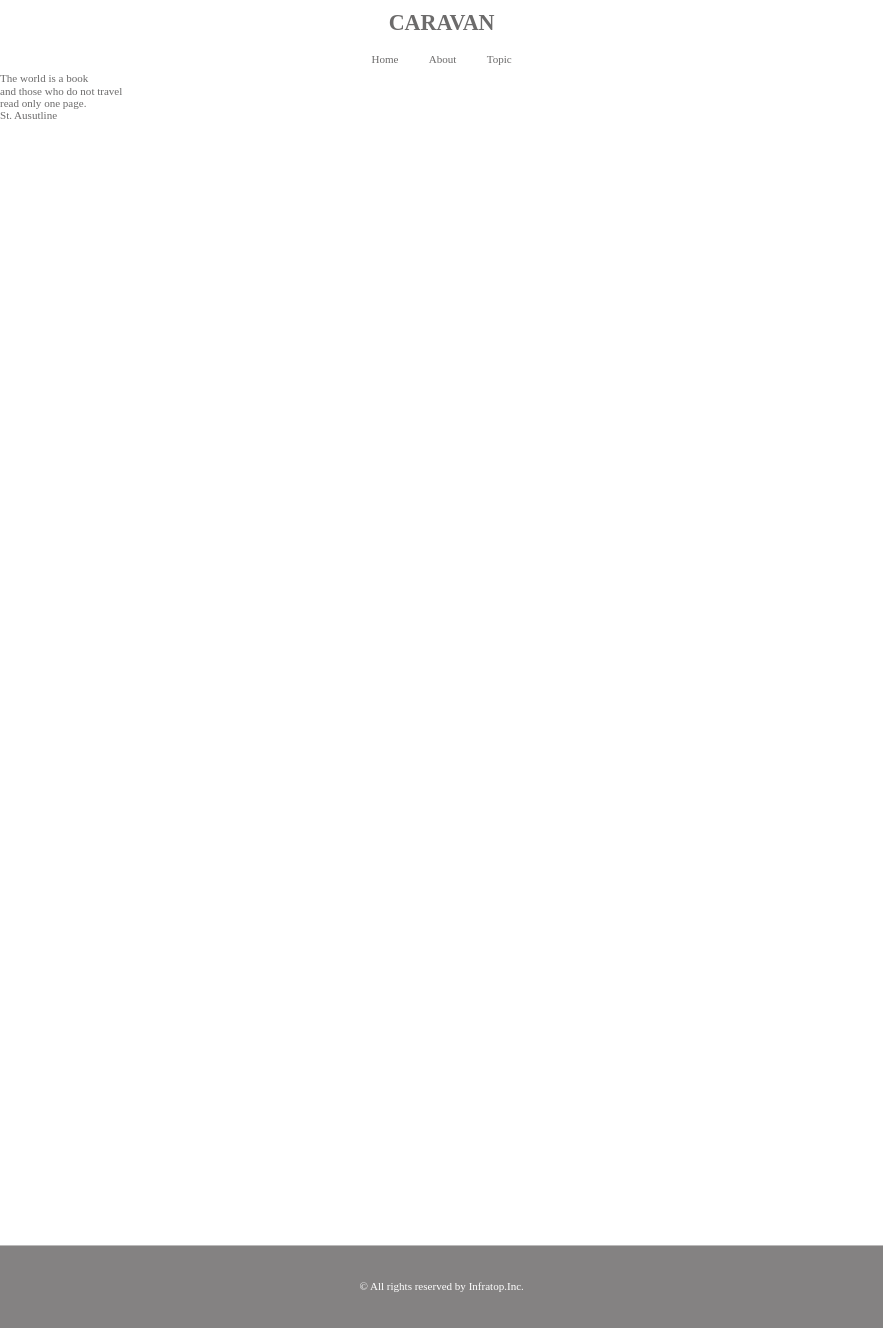
Repository: 44641/chapter9_exercise
Page: caravan/index.html
The author's editor kept a record of every edit. The page is drawn from the files as they stood at one moment, then again after the next edit.
The browser window is 1280 px wide. The pictures show the whole page, at 69% of full size.

Above is the page before.

After the next edit:
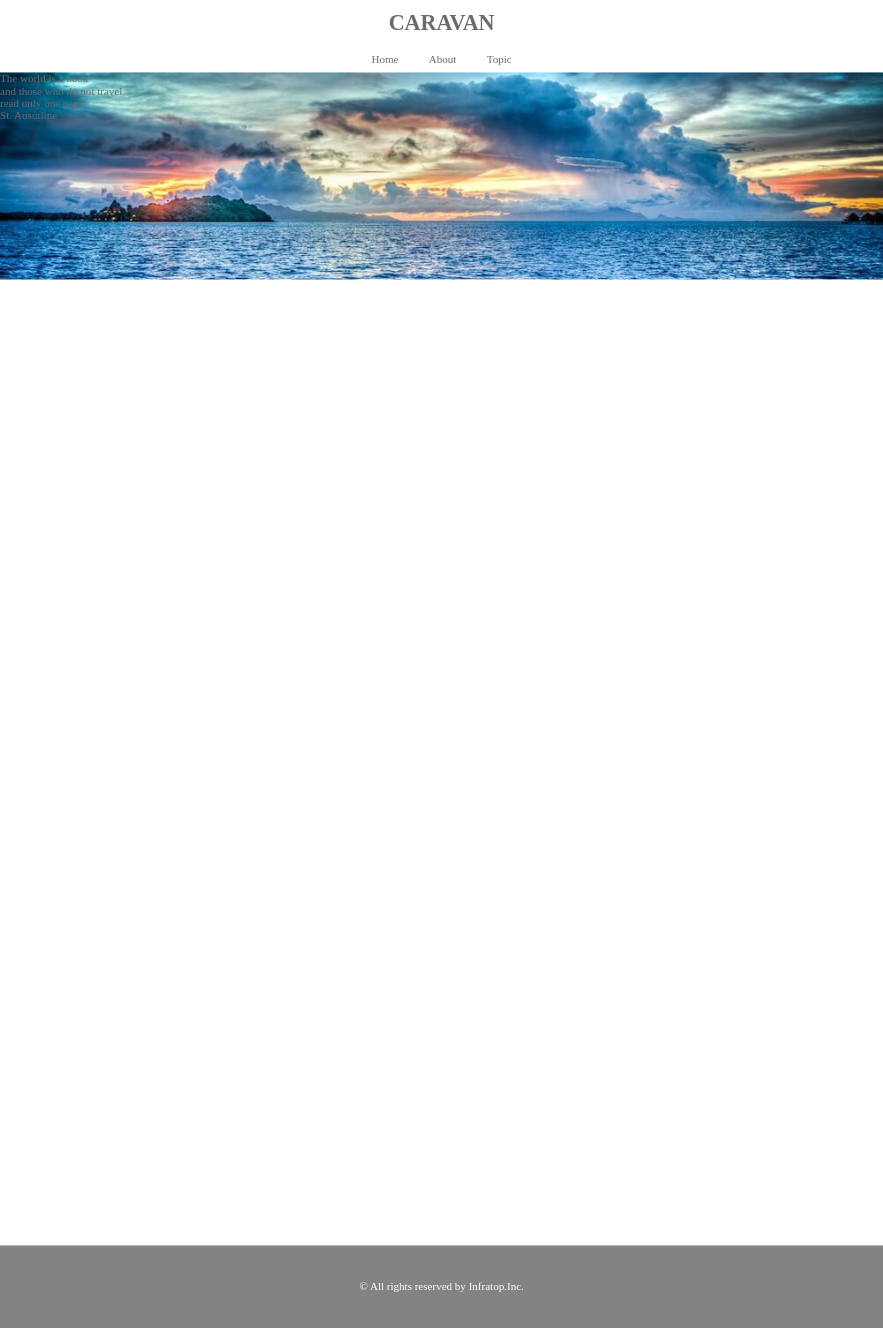
The edit:
--- a/caravan/style.css
+++ b/caravan/style.css
@@ -37,6 +37,9 @@
 .main-visual {
   width: 100%;
   height: 300px;
+  background-image: url(img/mv.jpg);
+  background-size: cover;
+  background-position: center;
 }
 
 .main-visual-content {
